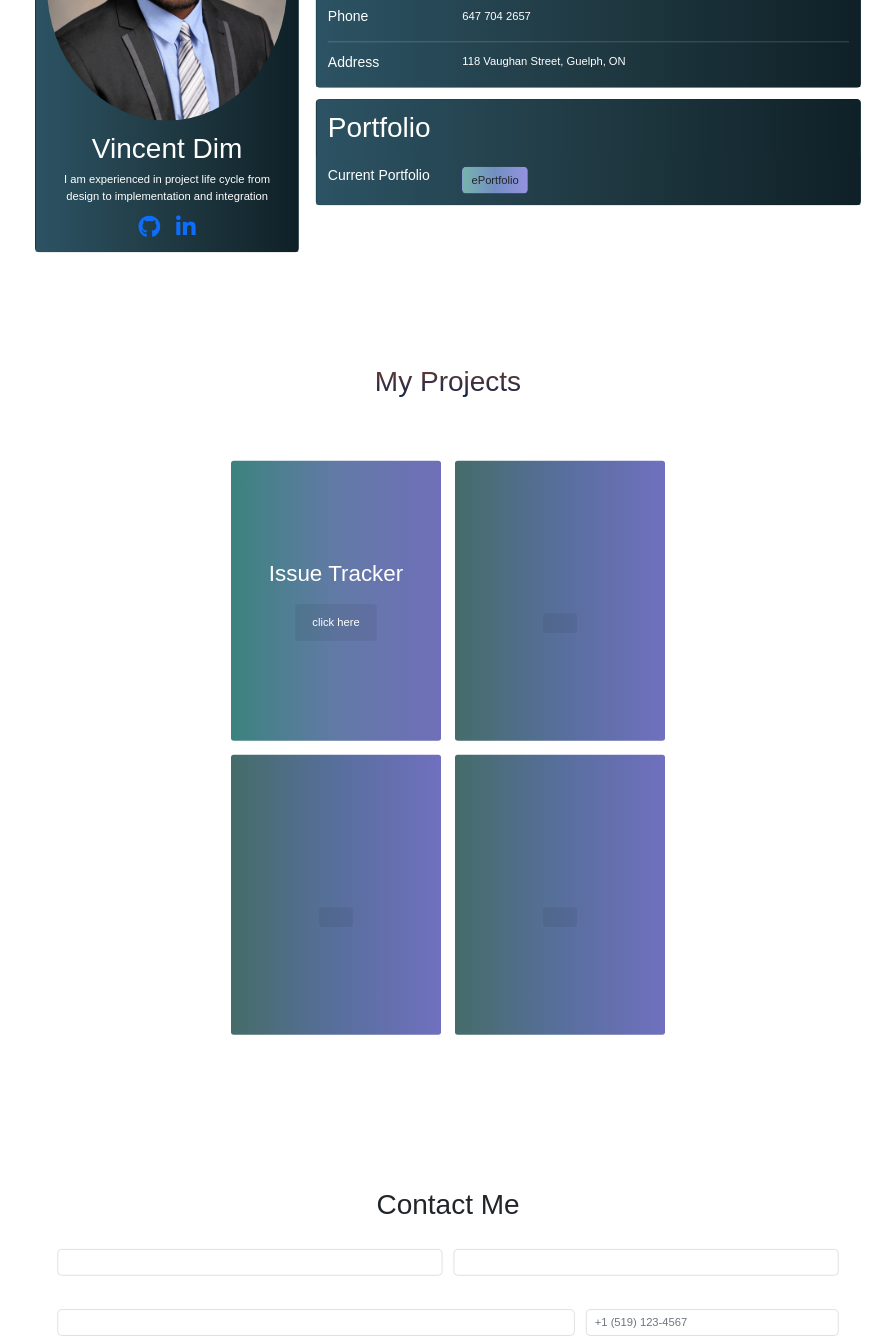
Repository: dvynchi/profile-2022
Page: index.html
An editor plug-in stored every save of this project. The page is shown before and after the next save, followed by the edit.
The browser window is 1280 px wide. The pictures show the part of the page from y = 395 to 2315 px (the page is 2676 px tall before and 2748 px after), at 70% of full size.
Some web libraries are served in a nearby version.

Above is the page before, as saved 2022-08-31 15:49:28.

After the next save:
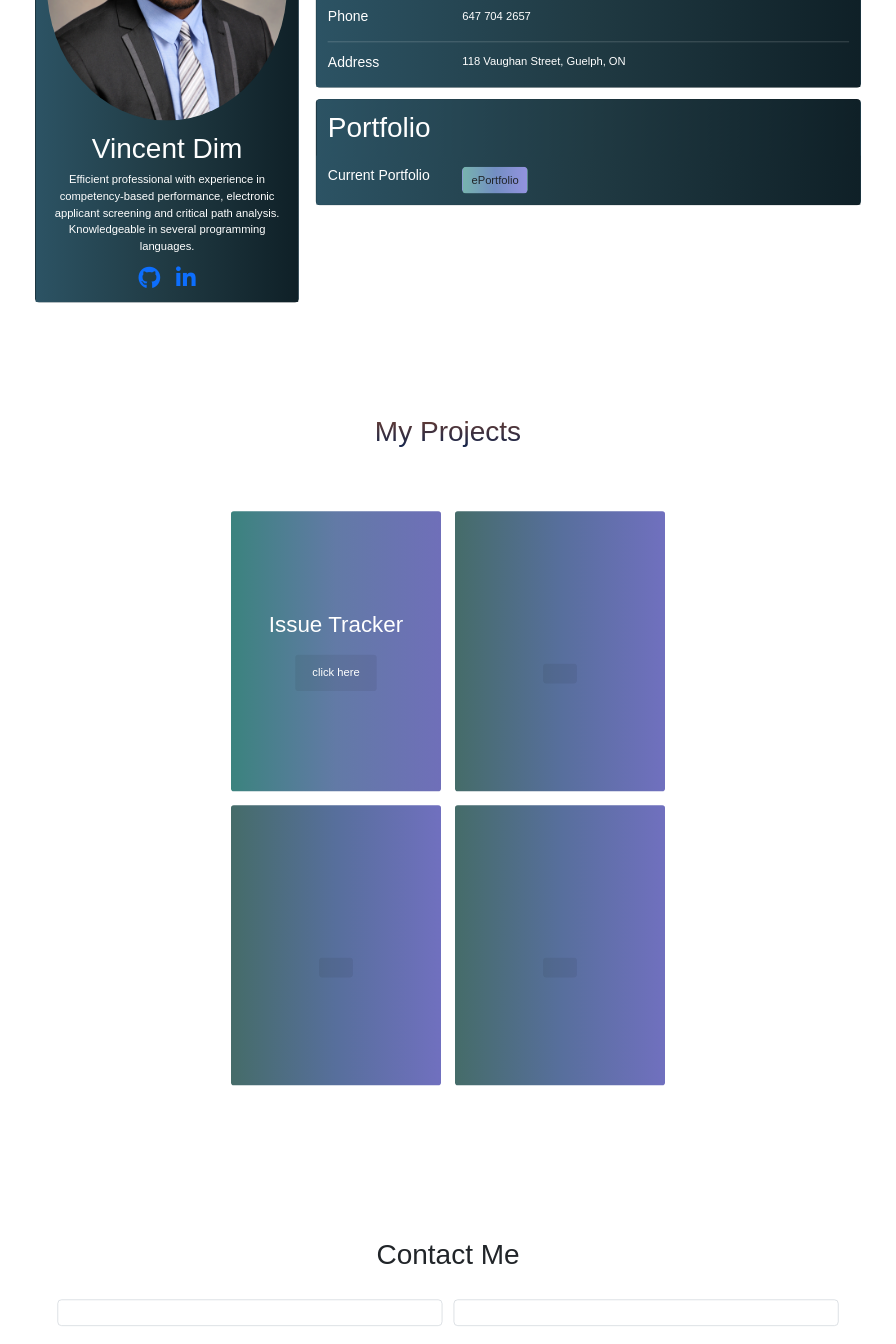
Saved 3 min 12 s later.
--- a/index.html
+++ b/index.html
@@ -60,7 +60,10 @@
                             <div class="mt-3">
                                 <h3>Vincent Dim</h3>
                                 <!-- <h2>Web Developer</h2> -->
-                                <p> I am experienced in project life cycle from design to implementation and integration</p>
+                                <!-- <p> I am experienced in project life cycle from design to implementation and integration</p> -->
+                                <p>
+                                    Efficient professional with experience in competency-based performance, electronic applicant screening and critical path analysis. Knowledgeable in several programming languages.
+                                </p>
                                 <div class="" >
                                     <a href="https://github.com/dvynchi/" class="github-icon"><span class="fa-brands fa-github fa-2x "></span></a>
                                     <a>&nbsp&nbsp&nbsp</a>
